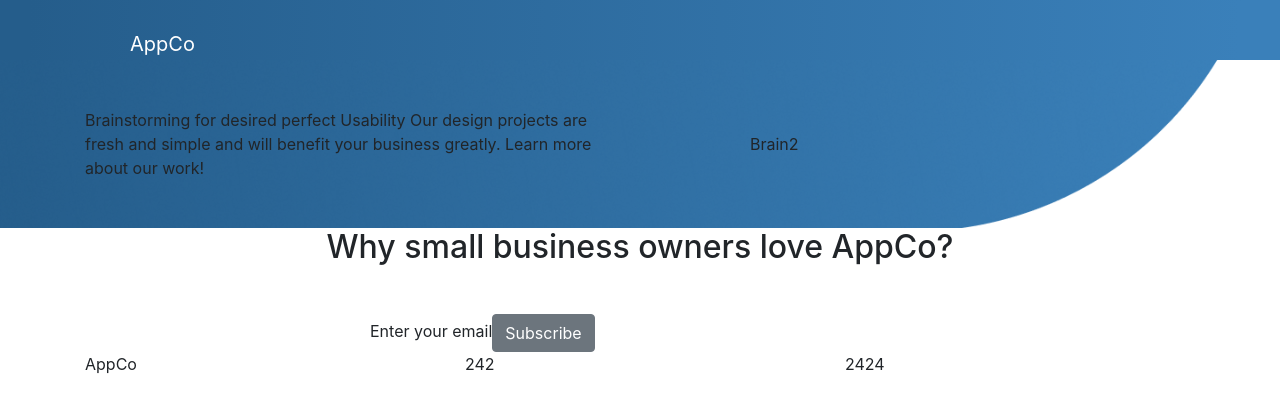
Repository: andbilous/user-statistics-app
Page: /
The author's editor kept a copy of each file at every save. The page is drawn from the files as they stood at one save, then again after the next save.
The browser window is 1280 px wide. The pictures show the whole page.
The project was rebuilt for these pictures with package versions that can differ from the ones it lists, and the page was loaded fresh each time. Also part of the build but not shown: src/components/reasons/reasons.scss, src/components/footer/footer.scss.

Above is the page before, as saved 2020-06-19 14:56:00.

After the next save:
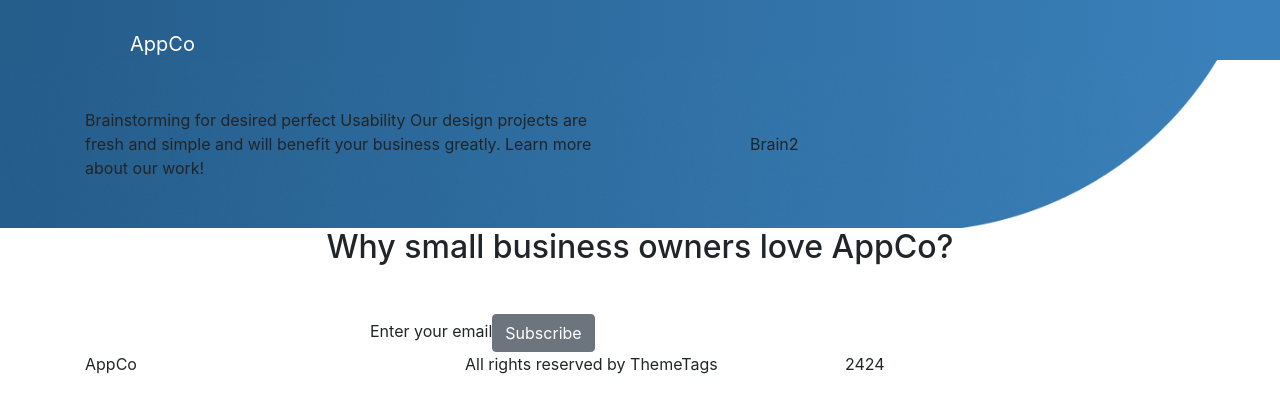
Saved 8 s later.
--- a/src/components/footer/index.js
+++ b/src/components/footer/index.js
@@ -20,7 +20,7 @@ const Footer = () => {
             AppCo
             </Col>
             <Col className='col-md' lg='4'>
-              242
+            All rights reserved by ThemeTags
               </Col>
               <Col className='col-md' lg='4'>
               2424
